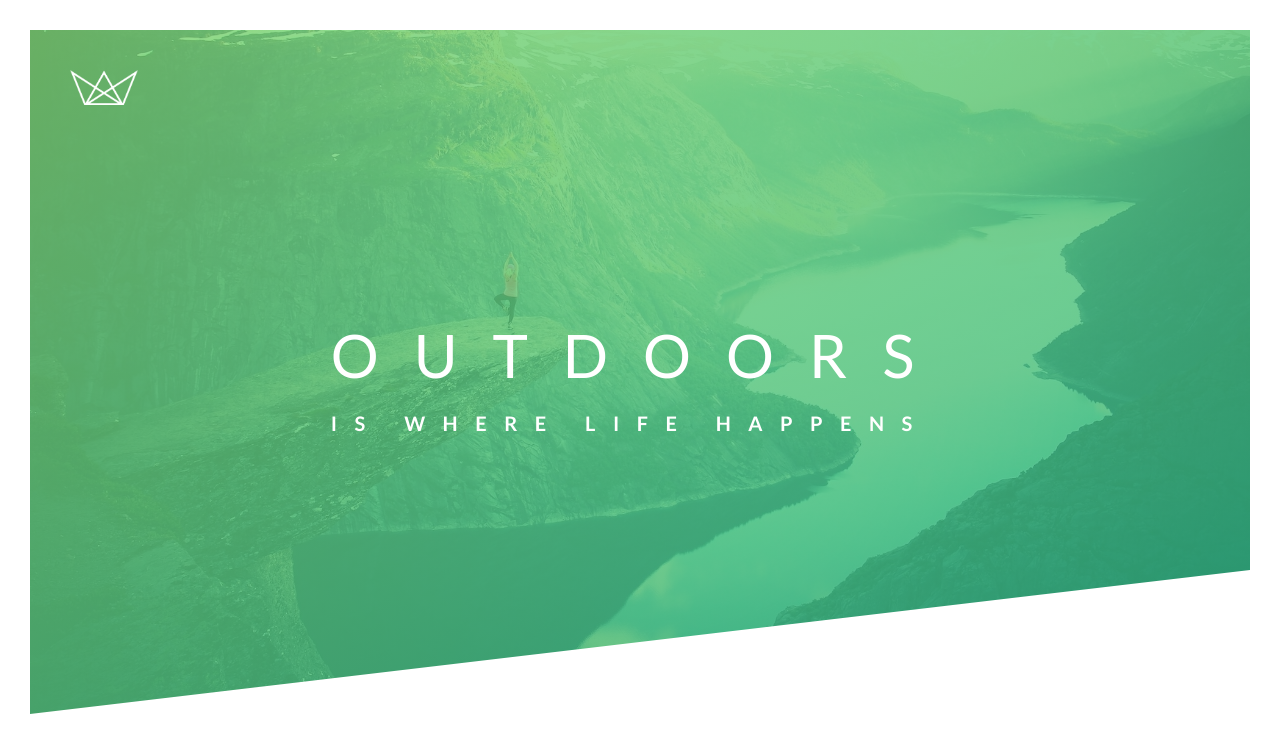
Repository: kamilluc/advanced-css-course
Page: Natours/my-implementation/index.html
An editor plug-in stored every save of this project. The page is shown before and after the next save, followed by the edit.
The browser window is 1280 px wide. The pictures show the whole page.

Above is the page before, as saved 2019-05-24 21:28:00.

### Natours/my-implementation/index.html
<!DOCTYPE html>
<html lang="en">
  <head>
    <meta charset="UTF-8" />
    <meta name="viewport" content="width=device-width, initial-scale=1.0" />

    <link
      href="https://fonts.googleapis.com/css?family=Lato:100,300,400,700,900"
      rel="stylesheet"
    />

    <link rel="stylesheet" href="css/icon-font.css" />
    <link rel="stylesheet" href="css/style.css" />
    <link rel="shortcut icon" type="image/png" href="img/favicon.png" />

    <title>Natours | Exciting tours for adventurous people</title>
  </head>
  <body>
    <!-- HEADER -->
    <header class="header">
      <div class="logo-box">
        <img src="img/logo-white.png" alt="logo" class="logo" />
      </div>
      <div class="text-box">
        <h1 class="heading-primary">
          <span class="heading-primary-main">Outdoors</span>
          <span class="heading-primary-sub">is where life happens</span>
        </h1>
      </div>
    </header>
  </body>
</html>

### Natours/my-implementation/css/style.css
/*
COLORS:

Light green: #7ed56f
Medium green: #55c57a
Dark green: #28b485

*/

/* BASIC RESET, NORMALIZE COULD BE USED BUT NOT REALLY NEEDED */
*,
::before,
::after {
  margin: 0;
  padding: 0;
  box-sizing: border-box;
}

/* FONTS SETTING HERE, NOT IN * CUZ THEY ARE INHERITED */
body {
  font-family: "Lato", sans-serif;
  font-weight: 400;
  font-size: 16px;
  line-height: 1.7;
  color: #777;
  padding: 30px;
}

.header {
  height: 95vh;
  background-image: linear-gradient(
      to right bottom,
      rgba(126, 213, 111, 0.8),
      rgba(40, 180, 131, 0.8)
    ),
    url("../img/hero.jpg");
  background-size: cover;
  background-position: top;
  clip-path: polygon(0 0, 100% 0, 100% 75vh, 0 100%);
  /* AA 4CHROME */
  -webkit-backface-visibility: hidden;
  position: relative;
}

.logo-box {
  position: absolute;
  top: 40px;
  left: 40px;
}

.logo {
  height: 35px;
}
.text-box {
  position: absolute;
  top: 50%;
  left: 50%;
  transform: translate(-50%, -50%);
}
.heading-primary {
  color: white;
  text-transform: uppercase;
}
.heading-primary-main {
  display: block;
  font-size: 60px;
  font-weight: 400;
  letter-spacing: 35px;
}
.heading-primary-sub {
  display: block;
  font-size: 20px;
  font-weight: 700;
  letter-spacing: 17.5px;
}

Loaded but not shown: Natours/my-implementation/css/icon-font.css (no copy from this time; the picture is the same without it)

After the next save:
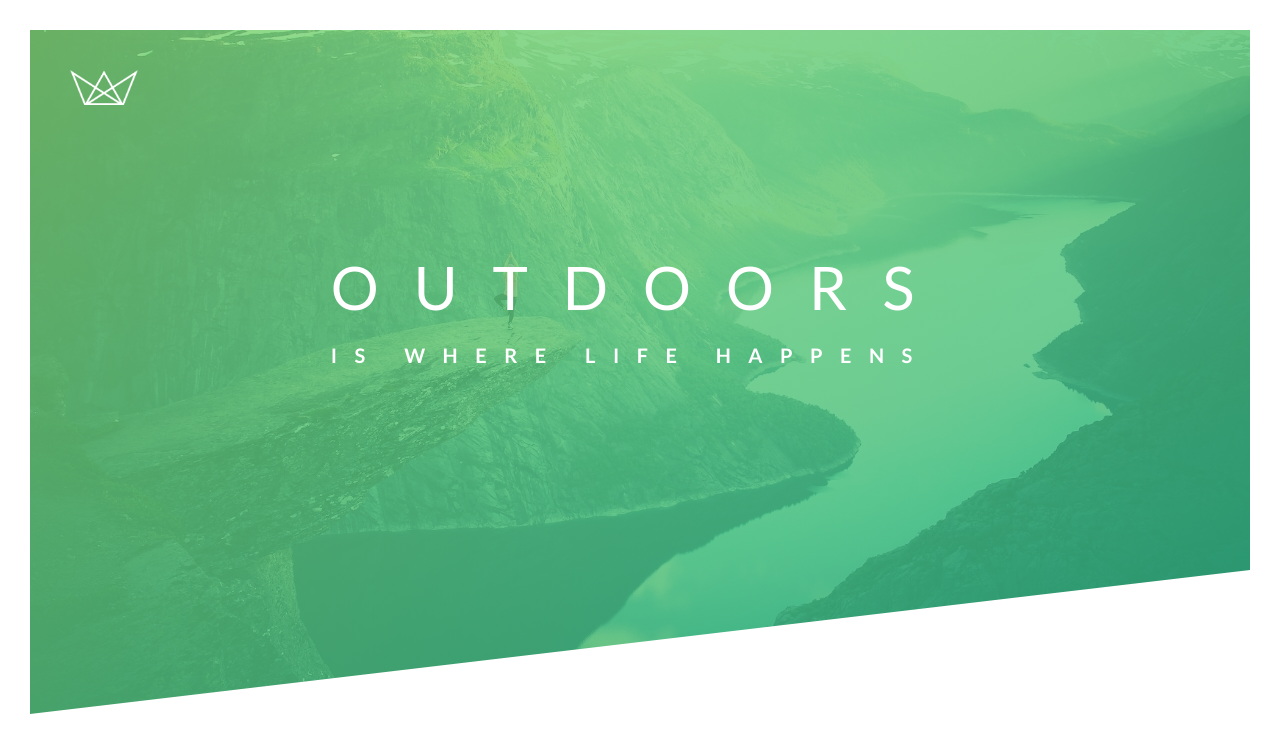
Saved 54 s later.
--- a/Natours/my-implementation/css/style.css
+++ b/Natours/my-implementation/css/style.css
@@ -51,22 +51,26 @@ body {
 .logo {
   height: 35px;
 }
+
 .text-box {
   position: absolute;
-  top: 50%;
+  top: 40%;
   left: 50%;
   transform: translate(-50%, -50%);
 }
+
 .heading-primary {
   color: white;
   text-transform: uppercase;
 }
+
 .heading-primary-main {
   display: block;
   font-size: 60px;
   font-weight: 400;
   letter-spacing: 35px;
 }
+
 .heading-primary-sub {
   display: block;
   font-size: 20px;
